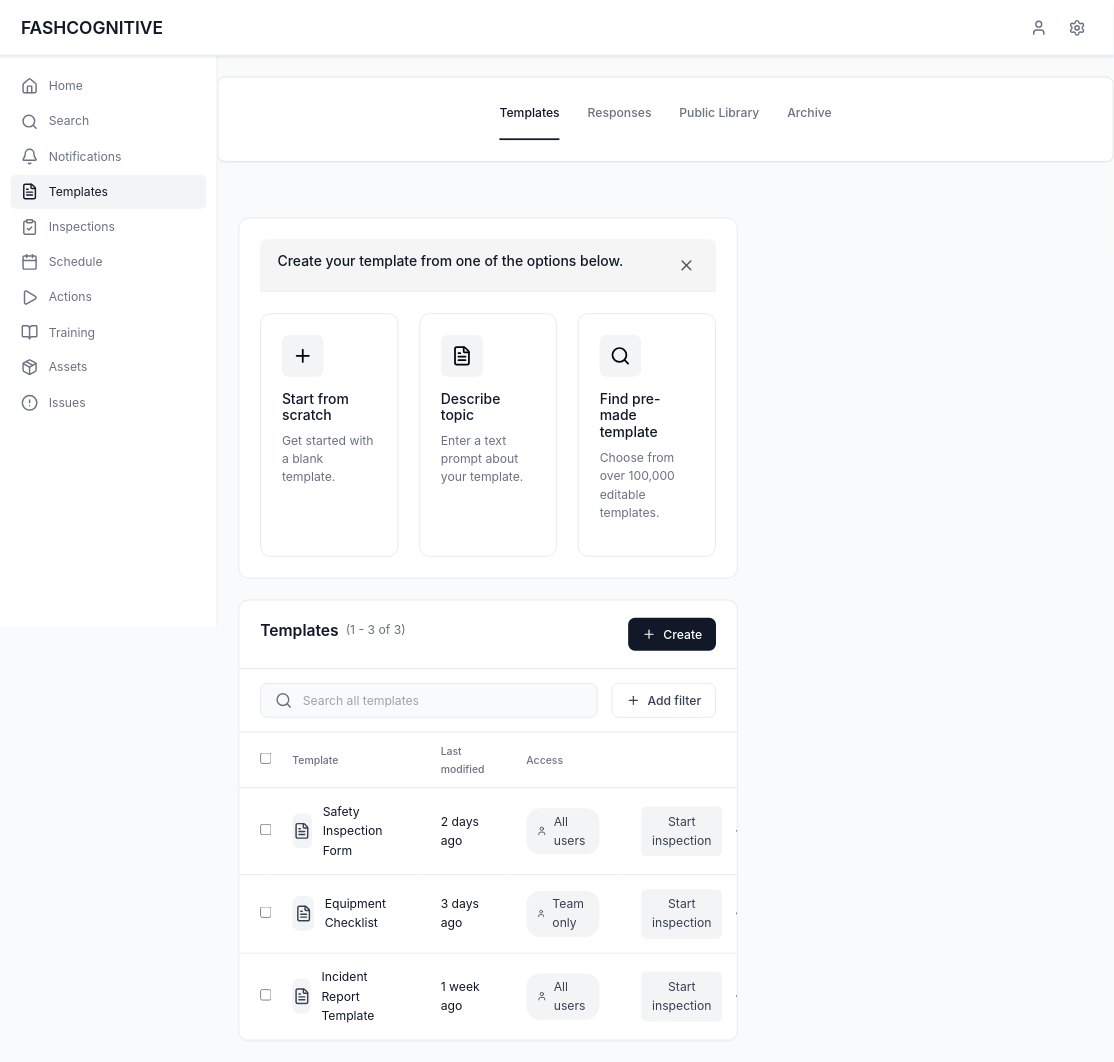
Repository: loganand612/fashcognitive-intern
Page: /template (app in fash/)
An editor plug-in stored every save of this project. The page is shown before and after the next save, followed by the edit.
The browser window is 1280 px wide. The pictures show the whole page, at 87% of full size.
The project was rebuilt for these pictures with package versions that can differ from the ones it lists, and the page was loaded fresh each time. Also part of the build but not shown: fash/src/pages/Login.css, fash/src/pages/Register.css, fash/src/pages/Home.tsx, fash/src/pages/Login.tsx, fash/src/pages/Register.tsx, fash/src/pages/Home2.tsx, fash/src/pages/Create_template.tsx, fash/src/pages/Dashboard.tsx. Imported but missing from the stored project, and not drawn on this page: fash/src/pages/assets/head1.mp4.

Above is the page before, as saved 2025-04-12 18:21:01.

### fash/src/index.tsx
import React from 'react';
import ReactDOM from 'react-dom/client';

// Import third-party styles first
import 'bootstrap/dist/css/bootstrap.min.css';
import '@fortawesome/fontawesome-free/css/all.min.css';

// Import page-specific styles last
import './pages/Home.css';
import './pages/Home2.css';
import './pages/Login.css';
import './pages/Register.css';
import './pages/Dashboard.css';
import './pages/Template.css';
import './pages/Create_template.css';

import App from './App';
import reportWebVitals from './reportWebVitals';

const root = ReactDOM.createRoot(
  document.getElementById('root') as HTMLElement
);
root.render(
  <React.StrictMode>
    <App />
  </React.StrictMode>
);

// If you want to start measuring performance in your app, pass a function
// to log results (for example: reportWebVitals(console.log))
// or send to an analytics endpoint. Learn more: https://bit.ly/CRA-vitals
reportWebVitals();

### fash/src/pages/Home.css
/* Reset & Base Styles */
* {
  margin: 0;
  padding: 0;
  box-sizing: border-box;
  font-family: -apple-system, BlinkMacSystemFont, 'Segoe UI', Roboto, sans-serif;
}

body {
  font-family: -apple-system, BlinkMacSystemFont, 'Segoe UI', Roboto, sans-serif;
  background-color: #f8f9fe;
  color: #1f2937;
  line-height: 1.5;
}

/* Layout */
.page-wrapper {
  min-height: 100vh;
  display: flex;
  flex-direction: column;
}

.content-wrapper {
  display: flex;
  flex: 1;
  position: relative;
}

/* Navigation */
.navbar {
  background: white;
  height: 64px;
  padding: 0 2rem;
  box-shadow: 0 1px 3px rgba(0,0,0,0.1);
  display: flex;
  align-items: center;
  justify-content: space-between;
  position: fixed;
  top: 0;
  left: 0;
  right: 0;
  z-index: 1000;
}

.logo {
  font-weight: bold;
  font-size: 1.5rem;
  color: #302d2d;
  text-decoration: none;
  transition: all 0.3s ease;
}

.logo:hover {
  color: #2563eb;
}

.nav-links {
  display: flex;
  gap: 1rem;
  align-items: center;
}

/* Buttons */
.btn {
  padding: 0.5rem 1rem;
  border-radius: 0.375rem;
  border: none;
  cursor: pointer;
  font-size: 0.875rem;
  font-weight: 500;
  text-decoration: none;
  transition: all 0.3s ease;
}

.btn-primary {
  background: #3b82f6;
  color: white;
}

.btn-primary:hover {
  background: #c0ceec;
}

.btn-secondary {
  background: #ffffff;
  border: 1px solid #e5e7eb;
  color: #4b5563;
}

.btn-secondary:hover {
  background: #d2d5da;
}

/* Language Selector */
.language-select {
  position: relative;
}

.language-btn {
  display: flex;
  align-items: center;
  gap: 0.5rem;
  padding: 0.5rem 1rem;
  border: 1px solid #e5e7eb;
  border-radius: 1.5rem;
  background: white;
  cursor: pointer;
  transition: all 0.3s ease;
}

.language-btn:hover {
  border-color: #3b82f6;
}

.language-dropdown {
  position: absolute;
  top: calc(100% + 0.5rem);
  right: 0;
  background: white;
  border-radius: 0.5rem;
  box-shadow: 0 4px 6px rgba(0,0,0,0.1);
  padding: 0.5rem 0;
  display: none;
  min-width: 150px;
  z-index: 1000;
}

.language-select:hover .language-dropdown {
  display: block;
}

.language-option {
  padding: 0.5rem 1rem;
  cursor: pointer;
  transition: all 0.3s ease;
}

.language-option:hover {
  background: #f8f9fe;
  color: #3b82f6;
}

/* Notification Badge */
.notification-badge {
  position: relative;
}

.notification-badge::after {
  content: '';
  position: absolute;
  top: -2px;
  right: -2px;
  width: 8px;
  height: 8px;
  background-color: #ef4444;
  border-radius: 50%;
  border: 2px solid white;
}

/* Sidebar */
.sidebar {
  width: 250px;
  background: white;
  height: calc(100vh - 64px);
  position: fixed;
  top: 64px;
  left: 0;
  padding: 1.5rem 1rem;
  border-right: 1px solid #e5e7eb;
  overflow-y: auto;
  z-index: 100;
}

.sidebar-link {
  display: flex;
  align-items: center;
  padding: 0.75rem 1rem;
  color: #4b5563;
  text-decoration: none;
  border-radius: 0.5rem;
  margin-bottom: 0.5rem;
  transition: all 0.3s ease;
}

.sidebar-link:hover {
  background: #f8f9fe;
  color: #3b82f6;
}

.sidebar-link.active {
  background: #3b82f6;
  color: white;
}

/* Main Content */
.main-content {
  margin-left: 250px;
  margin-top: 64px;
  padding: 5rem;
  width: calc(100% - 250px);
  min-height: calc(100vh - 64px);
}

.landing-content {
  display: flex;
  justify-content: space-between;
  align-items: center;
  gap: 4rem;
  max-width: 1200px;
  margin: 0 auto;
}

.content-left {
  flex: 1;
}

.content-left h1 {
  font-size: 2.5rem;
  color: #1f2937;
  margin-bottom: 2rem;
  line-height: 1.2;
}

.feature-list {
  list-style: none;
}

.feature-list li {
  display: flex;
  align-items: center;
  gap: 1rem;
  margin-bottom: 1rem;
  color: #4b5563;
}

.feature-list li::before {
  content: "";
  width: 20px;
  height: 20px;
  background: #3b82f6;
  border-radius: 50%;
  opacity: 0.2;
}

.qr-container {
  background: white;
  padding: 1rem;
  border-radius: 20px;
  box-shadow: 0 10px 15px rgba(0,0,0,0.1);
  transition: all 0.3s ease;
}

.qr-container:hover {
  transform: translateY(-5px);
  box-shadow: 0 4px 6px rgba(0,0,0,0.1);
}

.qr-code {
  width: 100%;
  max-width: 300px;
}

/* Footer */
.footer {
  background: white;
  padding: 5rem 7rem;
  margin-top: auto;
  margin-left: 250px;
}

.footer-content {
  max-width: 1500px;
  margin: 0 auto;
  display: grid;
  grid-template-columns: repeat(4, 1fr);
  gap: 2rem;
}

.footer-section h3 {
  color: #3b82f6;
  margin-bottom: 1rem;
  font-size: 1.1rem;
}

.footer-section ul {
  list-style: none;
}

.footer-section ul li {
  margin-bottom: 0.5rem;
}

.footer-section ul li a {
  color: #4b5563;
  text-decoration: none;
  transition: all 0.3s ease;
}

.footer-section ul li a:hover {
  color: #3b82f6;
}

.footer-bottom {
  max-width: 1200px;
  margin: 2rem auto 0;
  padding-top: 6rem;
  border-top: 1px solid #e5e7eb;
  text-align: center;
}

.store-buttons {
  display: flex;
  justify-content: center;
  gap: 1rem;
  margin-top: 1rem;
}

.store-buttons img {
  height: 40px;
  transition: all 0.3s ease;
}

.store-buttons img:hover {
  transform: translateY(-2px);
}

/* Mobile Menu Button */
.mobile-menu-btn {
  display: none;
  padding: 0.5rem;
  cursor: pointer;
  background: none;
  border: none;
}

/* Responsive Design */
@media (max-width: 1024px) {
  .sidebar {
      width: 200px;
  }

  .main-content {
      margin-left: 200px;
      width: calc(100% - 200px);
  }

  .footer {
      margin-left: 200px;
  }
}

@media (max-width: 768px) {
  .navbar {
      padding: 0 1rem;
  }

  .mobile-menu-btn {
      display: block;
  }

  .nav-links {
      display: none;
  }

  .nav-links.active {
      display: flex;
      flex-direction: column;
      position: absolute;
      top: 64px;
      left: 0;
      right: 0;
      background: white;
      padding: 1rem;
      box-shadow: 0 4px 6px rgba(0,0,0,0.1);
  }

  .sidebar {
      transform: translateX(-100%);
      transition: transform 0.3s ease;
  }

  .sidebar.active {
      transform: translateX(0);
  }

  .main-content,
  .footer {
      margin-left: 0;
      width: 100%;
  }

  .landing-content {
      flex-direction: column;
      text-align: center;
      padding: 1rem;
  }

  .content-left h1 {
      font-size: 2rem;
  }

  .footer-content {
      grid-template-columns: repeat(2, 1fr);
  }
}

@media (max-width: 480px) {
  .footer-content {
      grid-template-columns: 1fr;
  }
}

### fash/src/pages/Dashboard.css
.dashboard-container {
  display: flex;
  flex-direction: column;
  min-height: 100vh;
}

/* Navbar */
.navbar {
  position: fixed;
  top: 0;
  left: 0;
  right: 0;
  height: 64px;
  background: white;
  border-bottom: 1px solid #e5e7eb;
  display: flex;
  align-items: center;
  justify-content: space-between;
  padding: 0 24px;
  z-index: 50;
}

.navbar-brand {
  font-size: 20px;
  font-weight: 600;
}

.navbar-actions {
  display: flex;
  gap: 8px;
}

.nav-button {
  padding: 8px;
  background: none;
  border: none;
  border-radius: 8px;
  color: #6b7280;
  cursor: pointer;
  transition: all 0.2s;
}

.nav-button:hover {
  background-color: #f3f4f6;
  color: #111827;
}

.nav-icon {
  width: 20px;
  height: 20px;
}

/* Sidebar */
.sidebar {
  position: fixed;
  top: 64px;
  left: 0;
  width: 250px;
  height: calc(100vh - 64px);
  background: white;
  border-right: 1px solid #e5e7eb;
  padding: 16px 12px;
  overflow-y: auto;
}

.sidebar-nav {
  display: flex;
  flex-direction: column;
  gap: 2px;
}

.nav-link {
  display: flex;
  align-items: center;
  padding: 8px 12px;
  color: #6b7280;
  text-decoration: none;
  border-radius: 6px;
  transition: all 0.2s;
}

.nav-link:hover {
  background-color: #f3f4f6;
  color: #111827;
}

.nav-link .nav-icon {
  margin-right: 12px;
}

/* Main Content */
.main-content {
  margin-left: 250px;
  margin-top: 64px;
  padding: 32px;
  background-color: #f9fafb;
  min-height: calc(100vh - 64px);
}

/* Header Section */
.header-section {
  display: flex;
  justify-content: space-between;
  align-items: center;
  margin-bottom: 24px;
}

.page-title {
  font-size: 24px;
  font-weight: 600;
  color: #111827;
}

.user-tags {
  display: flex;
  align-items: center;
  gap: 8px;
}

.user-tag {
  display: flex;
  align-items: center;
  justify-content: center;
  min-width: 32px;
  height: 32px;
  padding: 0 12px;
  background-color: #f3f4f6;
  border-radius: 16px;
  font-size: 14px;
  font-weight: 500;
  color: #374151;
}

.user-count {
  display: flex;
  align-items: center;
  justify-content: center;
  height: 32px;
  padding: 0 12px;
  background-color: #f3f4f6;
  border-radius: 16px;
  font-size: 14px;
  font-weight: 500;
  color: #374151;
}

.add-user-button {
  height: 32px;
  padding: 0 16px;
  background-color: #111827;
  color: white;
  border: none;
  border-radius: 16px;
  font-size: 14px;
  font-weight: 500;
  cursor: pointer;
  transition: background-color 0.2s;
}

.add-user-button:hover {
  background-color: #1f2937;
}

/* Summary Cards */
.summary-cards {
  display: grid;
  grid-template-columns: repeat(3, 1fr);
  gap: 24px;
  margin-bottom: 32px;
}

.summary-card {
  background: white;
  border: 1px solid #e5e7eb;
  border-radius: 12px;
  padding: 24px;
  display: flex;
  align-items: center;
  justify-content: space-between;
}

.card-content {
  display: flex;
  align-items: center;
  gap: 16px;
}

.card-icon {
  width: 48px;
  height: 48px;
  background: #f3f4f6;
  border-radius: 8px;
  display: flex;
  align-items: center;
  justify-content: center;
}

.card-icon .icon {
  width: 24px;
  height: 24px;
  color: #374151;
}

.card-info {
  display: flex;
  flex-direction: column;
}

.card-count {
  font-size: 24px;
  font-weight: 600;
  color: #111827;
  line-height: 1.2;
}

.card-label {
  font-size: 14px;
  color: #6b7280;
}

.card-sublabel {
  font-size: 12px;
  color: #9ca3af;
  margin-top: 2px;
}

.card-arrow {
  width: 20px;
  height: 20px;
  color: #9ca3af;
}

/* Recent Activity */
.recent-activity {
  background: white;
  border: 1px solid #e5e7eb;
  border-radius: 12px;
  overflow: hidden;
}

.section-title {
  font-size: 18px;
  font-weight: 600;
  color: #111827;
  padding: 20px 24px;
  border-bottom: 1px solid #e5e7eb;
}

.activity-list {
  display: flex;
  flex-direction: column;
}

.activity-item {
  display: flex;
  align-items: center;
  justify-content: space-between;
  padding: 16px 24px;
  border-bottom: 1px solid #e5e7eb;
}

.activity-item:last-child {
  border-bottom: none;
}

.activity-info {
  display: flex;
  flex-direction: column;
  gap: 4px;
}

.activity-title {
  font-size: 14px;
  font-weight: 500;
  color: #111827;
}

.activity-meta {
  display: flex;
  gap: 16px;
}

.meta-type,
.meta-date {
  font-size: 14px;
  color: #6b7280;
}

.status-badge {
  padding: 4px 12px;
  border-radius: 16px;
  font-size: 14px;
  font-weight: 500;
}

.status-badge.completed {
  background-color: #f3f4f6;
  color: #111827;
}

.status-badge.in-progress {
  background-color: #f3f4f6;
  color: #6b7280;
}

/* Responsive */
@media (max-width: 1024px) {
  .summary-cards {
    grid-template-columns: repeat(2, 1fr);
  }
}

@media (max-width: 768px) {
  .summary-cards {
    grid-template-columns: 1fr;
  }

  .sidebar {
    width: 64px;
  }

  .nav-link span {
    display: none;
  }

  .main-content {
    margin-left: 64px;
  }
}

### fash/src/pages/Template.css
.app-container {
  min-height: 100vh;
  display: flex;
  flex-direction: column;
  background-color: #f9fafb;
}

/* Navbar */
.navbar {
  position: fixed;
  top: 0;
  left: 0;
  right: 0;
  height: 64px;
  background: white;
  border-bottom: 1px solid #e5e7eb;
  display: flex;
  align-items: center;
  justify-content: space-between;
  padding: 0 24px;
  z-index: 50;
}

.navbar-brand {
  font-size: 20px;
  font-weight: 600;
  color: #111827;
}

.navbar-actions {
  display: flex;
  gap: 8px;
}

.nav-button {
  padding: 8px;
  background: none;
  border: none;
  border-radius: 8px;
  color: #6b7280;
  cursor: pointer;
  transition: all 0.2s;
  display: flex;
  align-items: center;
  justify-content: center;
}

.nav-button:hover {
  background-color: #f3f4f6;
  color: #111827;
}

/* Sidebar */
.sidebar {
  position: fixed;
  top: 64px;
  left: 0;
  width: 250px;
  height: calc(100vh - 64px);
  background: white;
  border-right: 1px solid #e5e7eb;
  padding: 16px 12px;
  overflow-y: auto;
  z-index: 40;
}

.sidebar-nav {
  display: flex;
  flex-direction: column;
  gap: 2px;
}

.nav-link {
  display: flex;
  align-items: center;
  gap: 12px;
  padding: 8px 12px;
  color: #6b7280;
  text-decoration: none;
  border-radius: 6px;
  transition: all 0.2s;
  font-size: 14px;
}

.nav-link:hover {
  background-color: #f3f4f6;
  color: #111827;
}

.nav-link.active {
  background-color: #f3f4f6;
  color: #111827;
}

/* Main Content */
.template-container {
  margin-left: 250px;
  margin-top: 64px;
  min-height: calc(100vh - 64px);
  background-color: #f9fafb;
  flex: 1;
  display: flex;
  flex-direction: column;
}

.template-header {
  position: sticky;
  top: 64px;
  background-color: white;
  border-bottom: 1px solid #e5e7eb;
  z-index: 30;
  margin-bottom: 0;
  width: 100%;
}

.template-tabs {
  max-width: 1200px;
  margin: 0 auto;
  display: flex;
  gap: 32px;
  padding: 0 32px;
  height: 48px; /* Fixed height for the tabs */
  align-items: center;
}

.tab {
  padding: 0 0 14px 0;
  font-size: 14px;
  font-weight: 500;
  color: #6b7280;
  background: none;
  border: none;
  border-bottom: 2px solid transparent;
  cursor: pointer;
  transition: all 0.2s;
  height: 100%;
  display: flex;
  align-items: center;
}

.tab:hover {
  color: #111827;
}

.tab.active {
  color: #111827;
  border-bottom-color: #111827;
}

.template-content {
  max-width: 1200px;
  width: 100%;
  margin: 0 auto;
  padding: 16px 32px;
  flex: 1;
}

/* Creation Section */
.creation-section {
  background: white;
  border-radius: 12px;
  border: 1px solid #e5e7eb;
  margin-top: 8px;
  margin-bottom: 24px;
  padding: 24px;
}

.section-header {
  display: flex;
  justify-content: space-between;
  align-items: center;
  margin-bottom: 24px;
}

.section-header h2 {
  font-size: 16px;
  font-weight: 500;
  color: #111827;
}

.close-button {
  padding: 8px;
  background: none;
  border: none;
  border-radius: 8px;
  color: #6b7280;
  cursor: pointer;
  transition: all 0.2s;
  display: flex;
  align-items: center;
  justify-content: center;
}

.close-button:hover {
  background-color: #f3f4f6;
  color: #111827;
}

.creation-options {
  display: grid;
  grid-template-columns: repeat(3, 1fr);
  gap: 24px;
}

.option-card {
  background: white;
  border: 1px solid #e5e7eb;
  border-radius: 12px;
  padding: 24px;
  cursor: pointer;
  transition: all 0.2s;
}

.option-card:hover {
  border-color: #9ca3af;
}

.option-icon {
  width: 48px;
  height: 48px;
  background: #f3f4f6;
  border-radius: 8px;
  display: flex;
  align-items: center;
  justify-content: center;
  margin-bottom: 16px;
}

.option-card h3 {
  font-size: 16px;
  font-weight: 500;
  color: #111827;
  margin-bottom: 8px;
}

.option-card p {
  font-size: 14px;
  color: #6b7280;
  line-height: 1.5;
}

/* Templates Section */
.templates-section {
  background: white;
  border-radius: 12px;
  border: 1px solid #e5e7eb;
  overflow: hidden;
}

.templates-header {
  display: flex;
  justify-content: space-between;
  align-items: center;
  padding: 20px 24px;
  border-bottom: 1px solid #e5e7eb;
}

.templates-header h2 {
  font-size: 18px;
  font-weight: 600;
  color: #111827;
  display: flex;
  align-items: center;
  gap: 8px;
}

.count {
  font-size: 14px;
  font-weight: normal;
  color: #6b7280;
}

.create-button {
  display: flex;
  align-items: center;
  gap: 8px;
  padding: 8px 16px;
  background-color: #111827;
  color: white;
  border: none;
  border-radius: 8px;
  font-size: 14px;
  font-weight: 500;
  cursor: pointer;
  transition: background-color 0.2s;
}

.create-button:hover {
  background-color: #1f2937;
}

.search-controls {
  display: flex;
  gap: 16px;
  padding: 16px 24px;
  border-bottom: 1px solid #e5e7eb;
}

.search-field {
  flex: 1;
  display: flex;
  align-items: center;
  gap: 12px;
  padding: 8px 16px;
  background: #f9fafb;
  border: 1px solid #e5e7eb;
  border-radius: 8px;
}

.search-icon {
  color: #6b7280;
}

.search-field input {
  flex: 1;
  border: none;
  background: none;
  font-size: 14px;
  color: #111827;
  outline: none;
}

.search-field input::placeholder {
  color: #9ca3af;
}

.filter-button {
  display: flex;
  align-items: center;
  gap: 8px;
  padding: 8px 16px;
  background: white;
  border: 1px solid #e5e7eb;
  border-radius: 8px;
  font-size: 14px;
  font-weight: 500;
  color: #374151;
  cursor: pointer;
  transition: all 0.2s;
}

.filter-button:hover {
  background: #f9fafb;
  border-color: #9ca3af;
}

/* Table Styles */
.templates-table {
  width: 100%;
}

table {
  width: 100%;
  border-collapse: collapse;
}

th {
  padding: 12px 24px;
  font-size: 12px;
  font-weight: 500;
  color: #6b7280;
  text-align: left;
  border-bottom: 1px solid #e5e7eb;
}

td {
  padding: 16px 24px;
  font-size: 14px;
  color: #111827;
  border-bottom: 1px solid #e5e7eb;
}

.checkbox-column {
  width: 48px;
  padding-right: 0;
}

.template-cell {
  display: flex;
  align-items: center;
  gap: 12px;
}

.template-icon {
  width: 40px;
  height: 40px;
  background: #f3f4f6;
  border-radius: 8px;
  display: flex;
  align-items: center;
  justify-content: center;
  color: #374151;
}

.access-badge {
  display: inline-flex;
  align-items: center;
  gap: 8px;
  padding: 4px 12px;
  background: #f3f4f6;
  border-radius: 16px;
  font-size: 14px;
  color: #374151;
}

.action-buttons {
  display: flex;
  align-items: center;
  gap: 8px;
}

.start-inspection {
  padding: 6px 12px;
  background: #f3f4f6;
  border: none;
  border-radius: 6px;
  font-size: 14px;
  color: #374151;
  cursor: pointer;
  transition: all 0.2s;
}

.start-inspection:hover {
  background: #e5e7eb;
}

.more-options {
  padding: 6px;
  background: none;
  border: none;
  border-radius: 6px;
  color: #6b7280;
  cursor: pointer;
  transition: all 0.2s;
  display: flex;
  align-items: center;
  justify-content: center;
}

.more-options:hover {
  background: #f3f4f6;
  color: #374151;
}

/* Responsive */
@media (max-width: 1024px) {
  .creation-options {
    grid-template-columns: repeat(2, 1fr);
  }
}

@media (max-width: 768px) {
  .creation-options {
    grid-template-columns: 1fr;
  }

  .template-tabs {
    gap: 16px;
    padding: 0 16px;
  }

  .template-content {
    padding: 16px;
  }
}

### fash/src/App.tsx
import { BrowserRouter as Router, Route, Routes } from 'react-router-dom';
import Home from './pages/Home';
import Login from './pages/Login';
import Register from './pages/Register';
import Home2 from './pages/Home2';
import Create_template from './pages/Create_template';
import Dashboard from './pages/Dashboard';
import Template from './pages/Template_page';

function App() {
    return (
        <div className="app-container">
            <Router>
                <div className="page-container">
                    <div className="content-container">
                        <Routes>
                            <Route path="/" element={<Home2 />} />
                            <Route path="/login" element={<Login />} />
                            <Route path="/register" element={<Register />} />
                            <Route path="/homee" element={<Home />} />
                            <Route path="/ct" element={<Create_template />} />
                            <Route path="/dashboard" element={<Dashboard />} />
                            <Route path="template" element={<Template />} />
                        </Routes>
                    </div>
                </div>
            </Router>
        </div>
    );
}

export default App;

### fash/src/reportWebVitals.ts
import { onCLS, onFID, onFCP, onLCP, onTTFB } from 'web-vitals';

const reportWebVitals = (onPerfEntry?: (metric: any) => void) => {
  if (onPerfEntry && onPerfEntry instanceof Function) {
    onCLS(onPerfEntry);
    onFID(onPerfEntry);
    onFCP(onPerfEntry);
    onLCP(onPerfEntry);
    onTTFB(onPerfEntry);
  }
};

export default reportWebVitals;

Loaded but not shown: fash/public/index.html (common file); fash/src/pages/Create_template.css (2714 lines, source omitted); fash/src/pages/Home2.css (1263 lines, source omitted); fash/src/pages/Template_page.tsx (192 lines, source omitted)

After the next save:
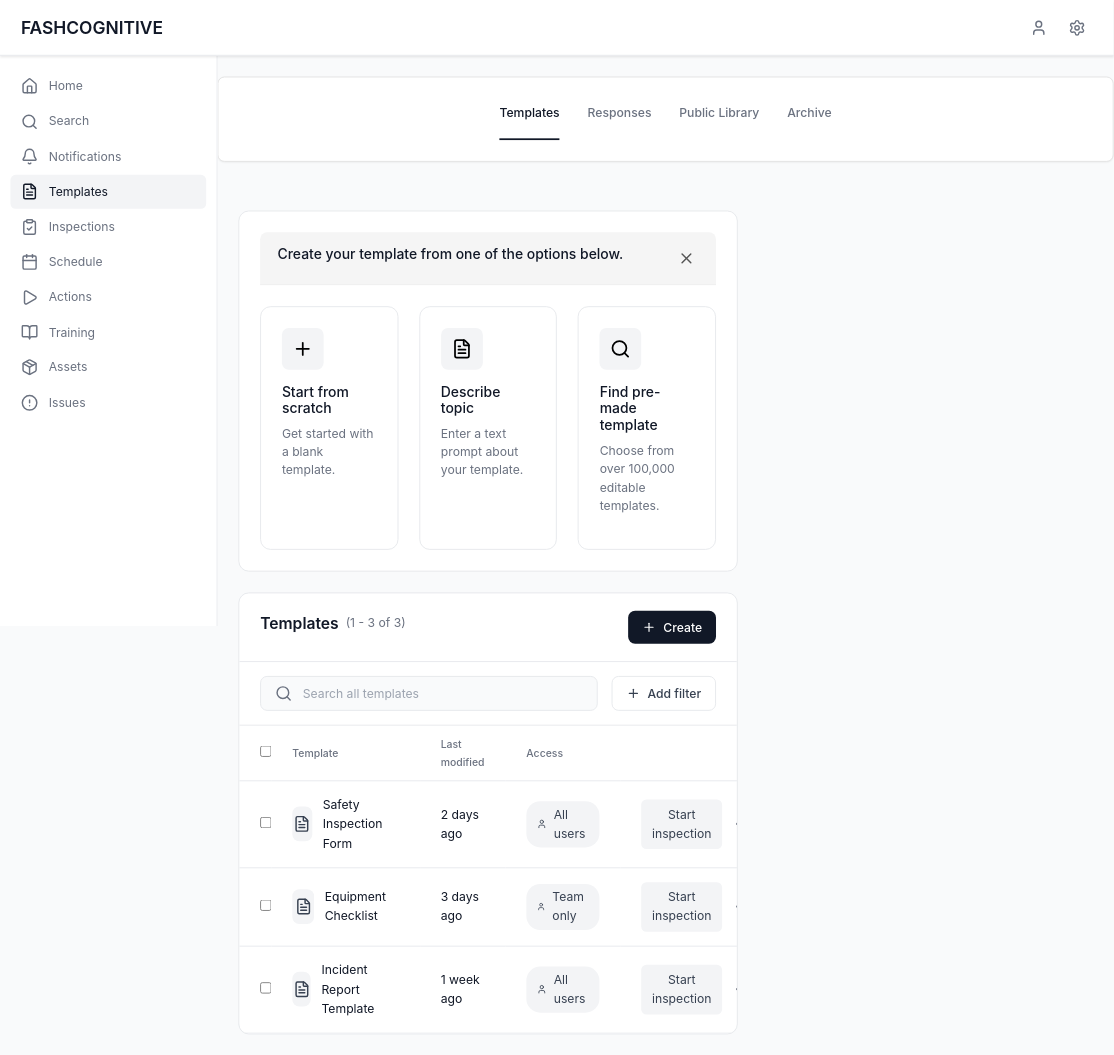
Saved 10 s later.
--- a/fash/src/pages/Template.css
+++ b/fash/src/pages/Template.css
@@ -160,9 +160,10 @@
   background: white;
   border-radius: 12px;
   border: 1px solid #e5e7eb;
-  margin-top: 8px;
+  margin-top: 0;
   margin-bottom: 24px;
   padding: 24px;
+  width: 100%;
 }
 
 .section-header {
